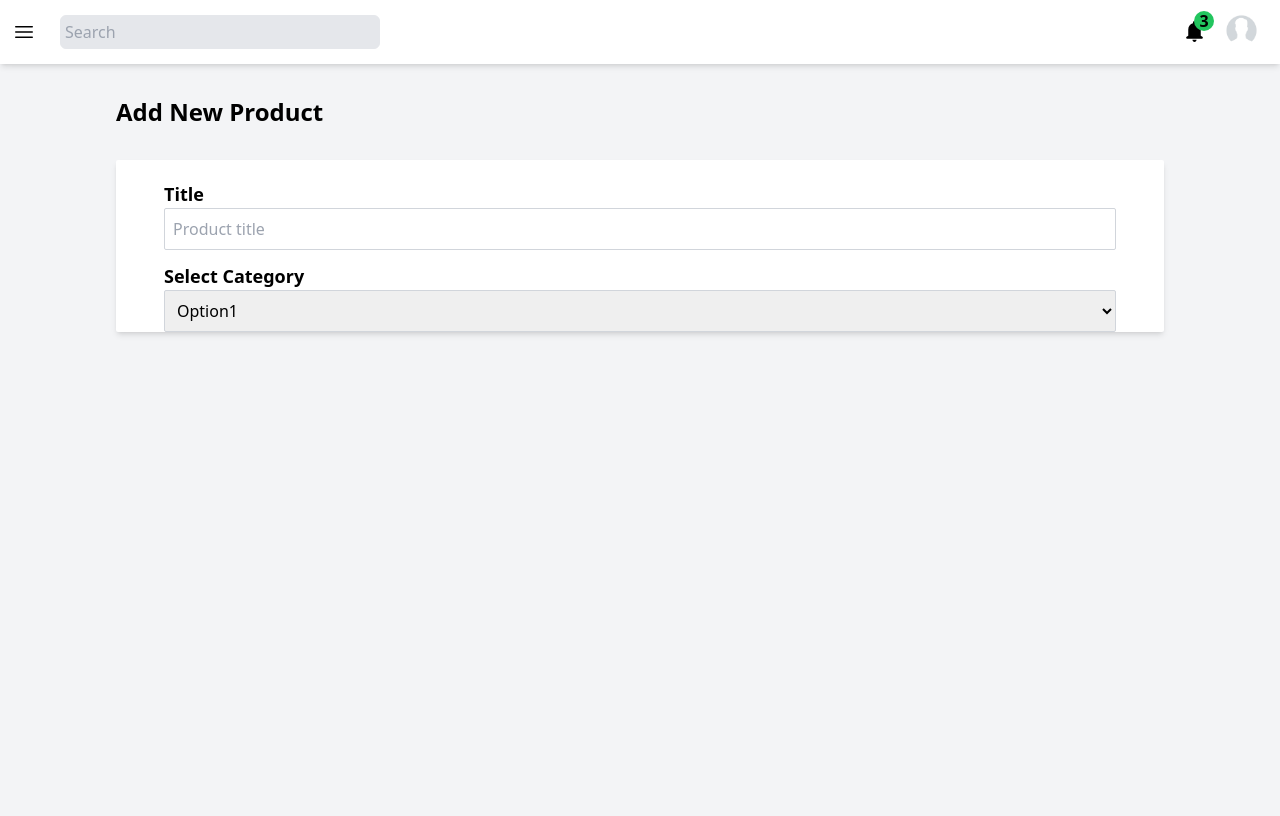
Repository: IssaMuiz/ifarmstock-admin
Page: /new-product
These files come from the project's save history. The page is drawn as it stood at one moment and after the next save; the edit follows.
The browser window is 1280 px wide. The pictures show the whole page.
The page's requests for data from a server got no answer. The project was rebuilt for these pictures with package versions that can differ from the ones it lists, and the page was loaded fresh each time. The framework's server and built-in components were replaced by stand-ins that run in the browser. No one was signed in, and anything a server would have sent is missing. Also part of the build but not shown: next.config.mjs.

Above is the page before, as saved 2024-10-12 23:46:51.

After the next save:
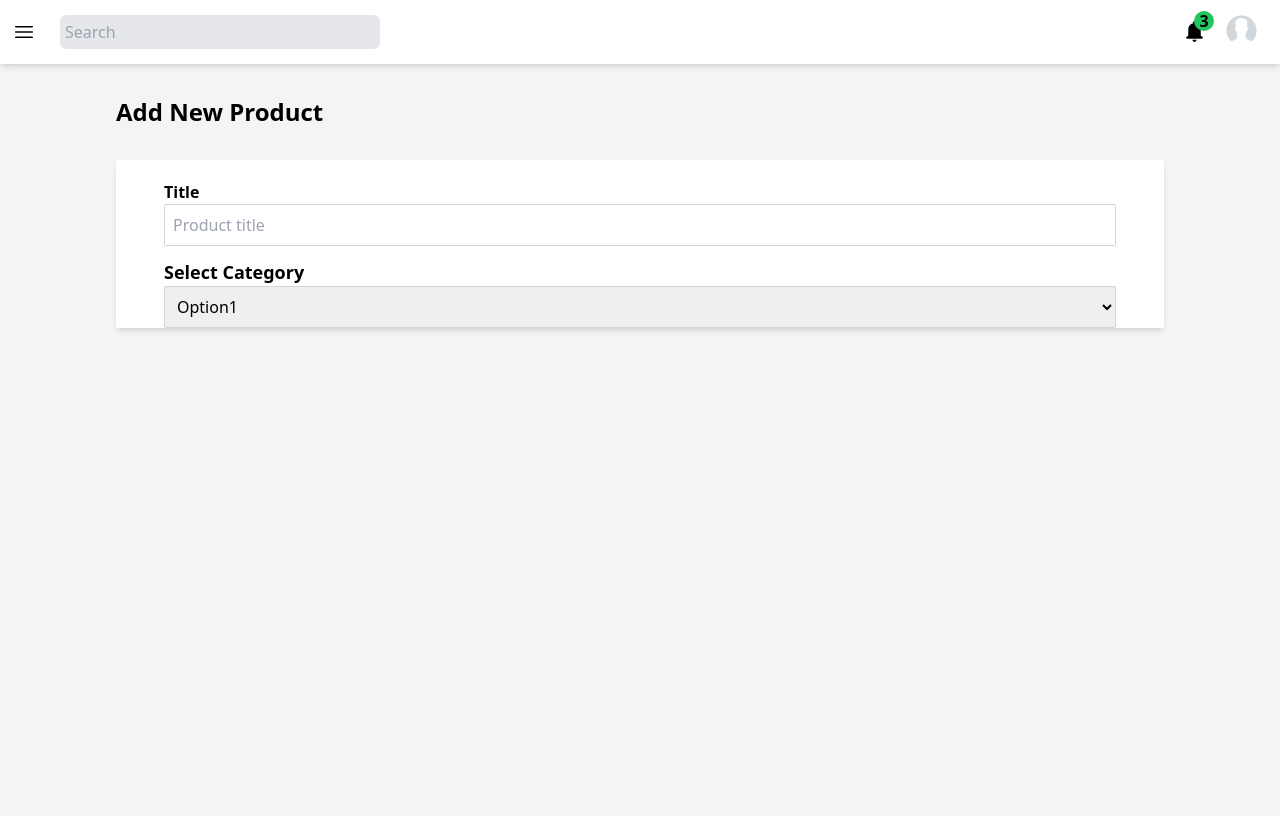
Saved 5 min 32 s later.
--- a/app/new-product/page.tsx
+++ b/app/new-product/page.tsx
@@ -8,7 +8,7 @@ const NewProduct = () => {
       </div>
       <form className="bg-white rounded-sm shadow-md">
         <div className="px-5 md:px-12 mb-3 pt-5">
-          <label className="text-lg font-semibold">Title</label>
+          <label className="text-md font-semibold">Title</label>
           <input
             type="text"
             placeholder="Product title"
